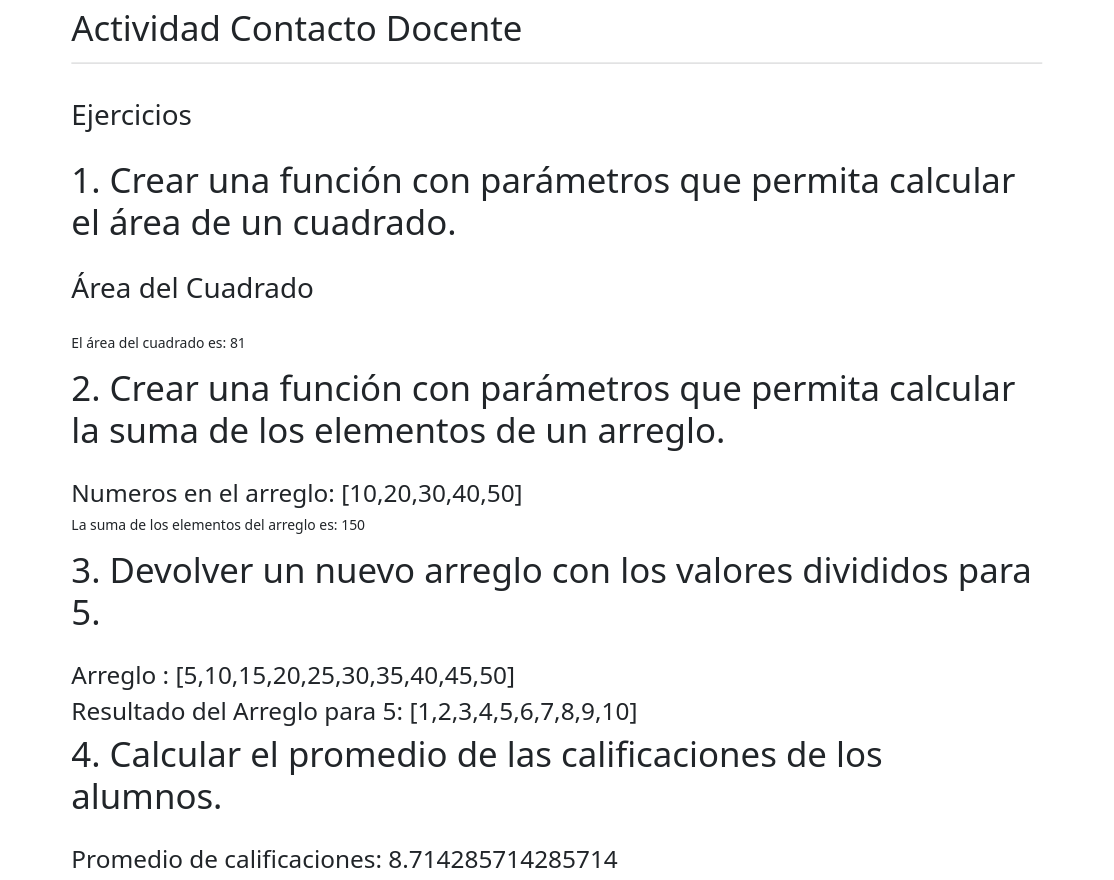
Repository: Jchimbo99/Actvidad1
Page: / (app in typescript-actividad/)
An editor plug-in stored every save of this project. The page is shown before and after the next save, followed by the edit.
The browser window is 1280 px wide. The pictures show the whole page, at 87% of full size.
The project was rebuilt for these pictures with package versions that can differ from the ones it lists, and the page was loaded fresh each time. Also part of the build but not shown: typescript-actividad/vite.config.ts.

Above is the page before, as saved 2025-01-22 20:50:10.

After the next save:
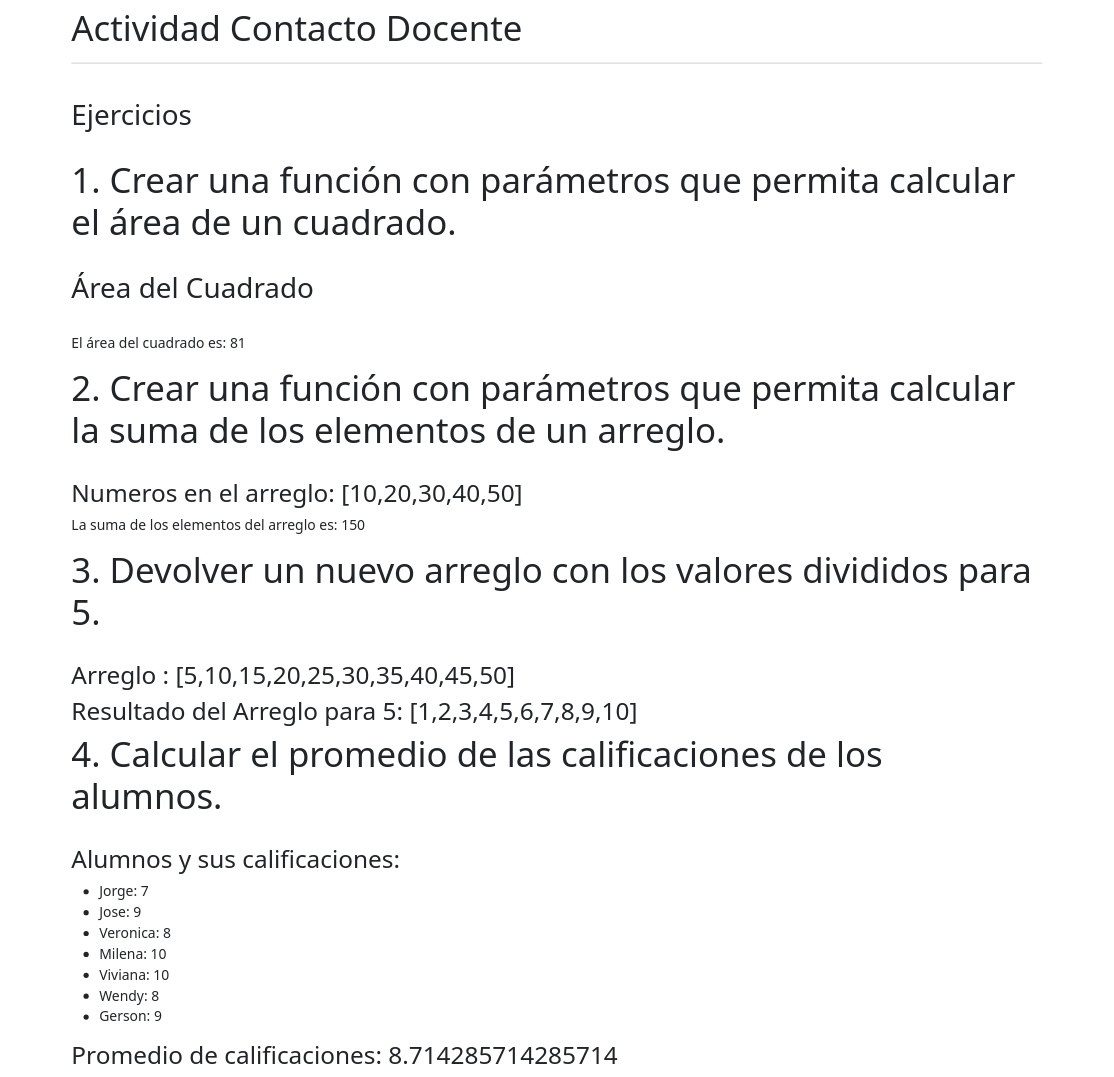
Saved 63 s later.
--- a/typescript-actividad/src/typescript/PromedioCalificaciones.tsx
+++ b/typescript-actividad/src/typescript/PromedioCalificaciones.tsx
@@ -1,5 +1,11 @@
+interface Alumno {
+    name: string;
+    edad: number;
+    calificacion: number;
+}
+
 export const PromedioCalificaciones = () => {
-    const alumnos = [
+    const alumnos: Alumno[] = [
         {
             name: "Jorge",
             edad: 22,
@@ -38,7 +44,7 @@ export const PromedioCalificaciones = () => {
     ];
 
     // Función para calcular el promedio de las calificaciones
-    const calcularPromedio = (alumnos: { calificacion: number }[]): number => {
+    const calcularPromedio = (alumnos: Alumno[]): number => {
         const sumaCalificaciones = alumnos.reduce((total, alumno) => total + alumno.calificacion, 0);
         return sumaCalificaciones / alumnos.length;
     };
@@ -49,6 +55,14 @@ export const PromedioCalificaciones = () => {
         <div>
             <h1>4. Calcular el promedio de las calificaciones de los alumnos.</h1>
             <br />
+            <h3>Alumnos y sus calificaciones:</h3>
+            <ul>
+                {alumnos.map((alumno, index) => (
+                    <li key={index}>
+                        {alumno.name}: {alumno.calificacion}
+                    </li>
+                ))}
+            </ul>
             <h3>Promedio de calificaciones: {promedio}</h3>
         </div>
     );
